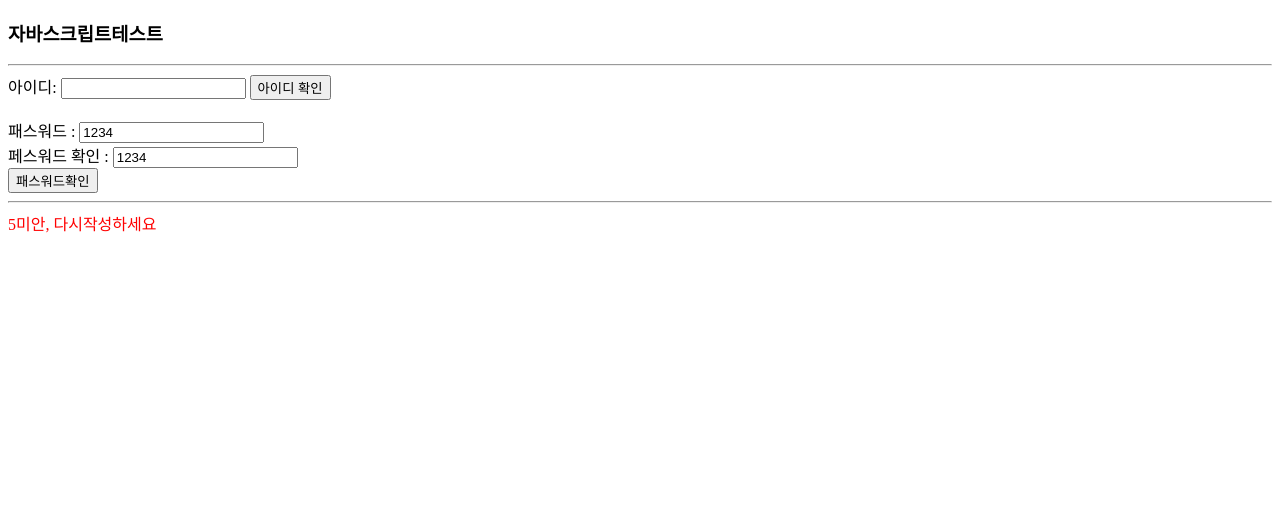
Repository: Yusubin/springEx
Page: http://localhost/spring04/js2.jsp
The author's editor kept a copy of each file at every save. The page is drawn from the files as they stood at one save, then again after the next save.
The browser window is 1280 px wide. The pictures show the whole page.
After loading, the first visible `#b1` was clicked once.
The page is served by Tomcat 9.

Above is the page before, as saved 2022-02-17 03:56:33.

After the next save:
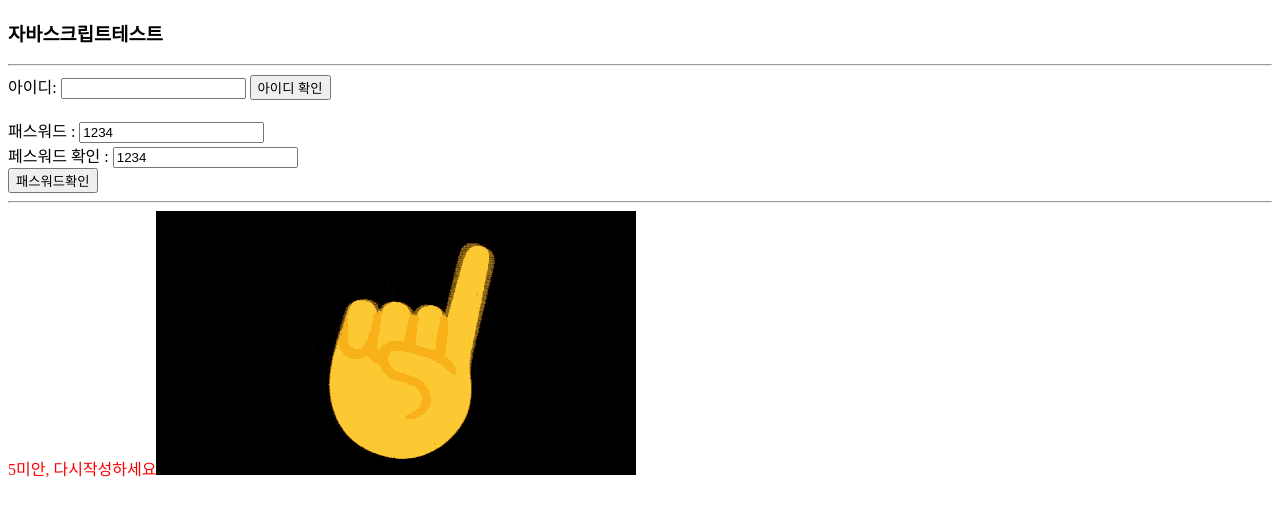
Saved 10 s later.
--- a/spring04/src/main/webapp/js2.jsp
+++ b/spring04/src/main/webapp/js2.jsp
@@ -29,7 +29,7 @@
 				img = "<img src='resources/img/tenor.gif'>"
 			}
 
-			$('#result').html(text)
+			$('#result').html(text+img)
 		})
 
 		$('#b2').click(function(){
@@ -46,7 +46,7 @@
 				$('#pass2').val('')
 			}
 
-			$('#result').html(text)
+			$('#result').html(text+img)
 		})
 
 	})
